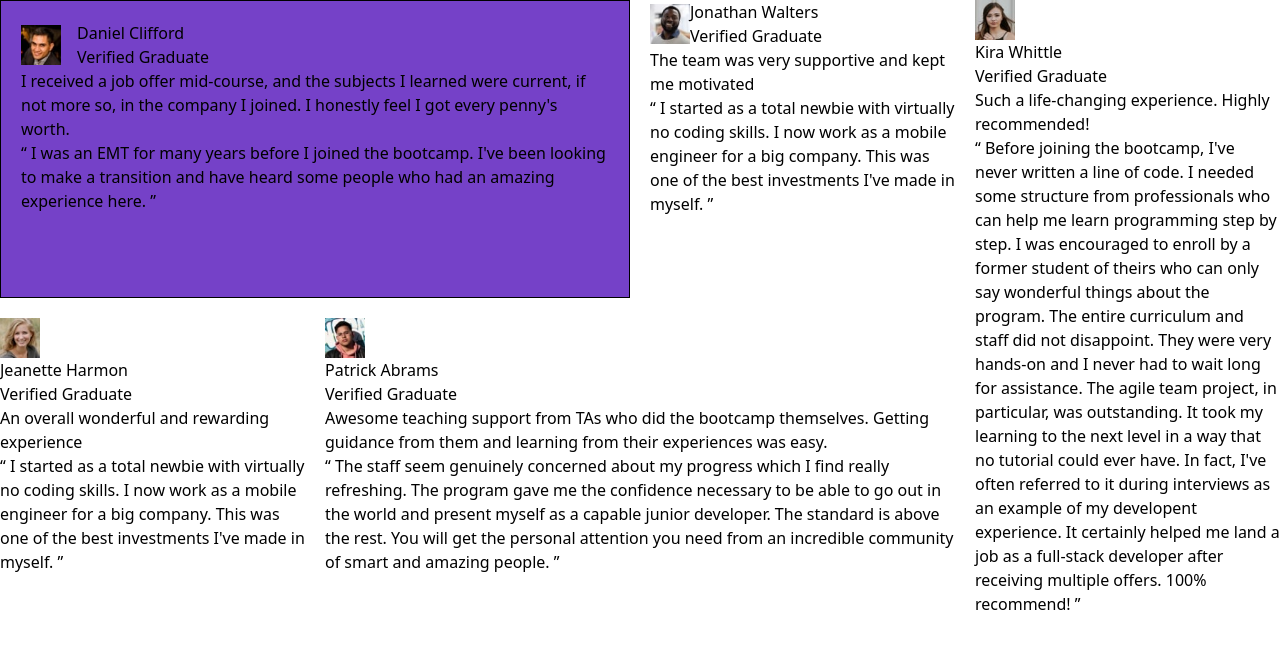
Repository: DiyBookOfLife/ps-FrontendMentor
Page: index.html
The author's editor kept a copy of each file at every save. The page is drawn from the files as they stood at one save, then again after the next save.
The browser window is 1280 px wide. The pictures show the whole page.
Some web libraries are served in a nearby version.

Above is the page before, as saved 2026-01-02 13:51:04.

After the next save:
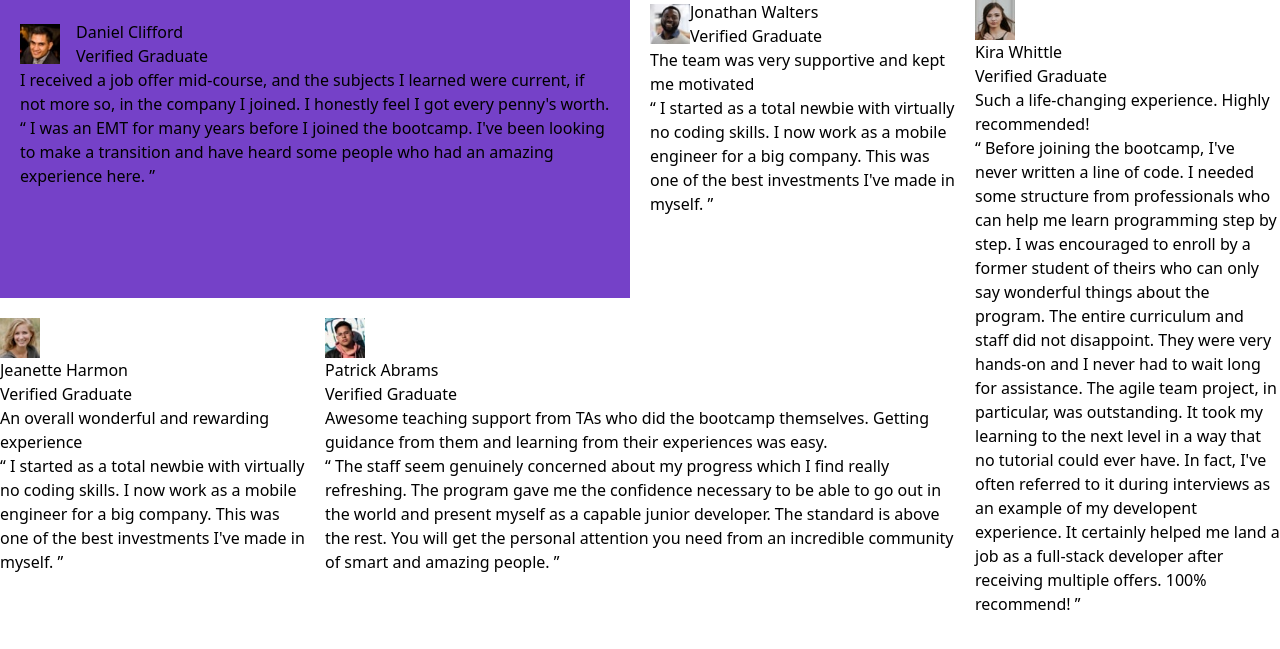
Saved 22 s later.
--- a/index.html
+++ b/index.html
@@ -29,7 +29,7 @@
     <main>
       <section class="grid grid-cols-4 grid-rows-2 gap-[20px]">
         <div
-          class="col-start-1 col-end-3 bg-[hsl(263,55%,52%)] border border-black p-5"
+          class="col-start-1 col-end-3 bg-[hsl(263,55%,52%)] p-5"
         >
           <div class="flex items-center gap-4">
             <img
